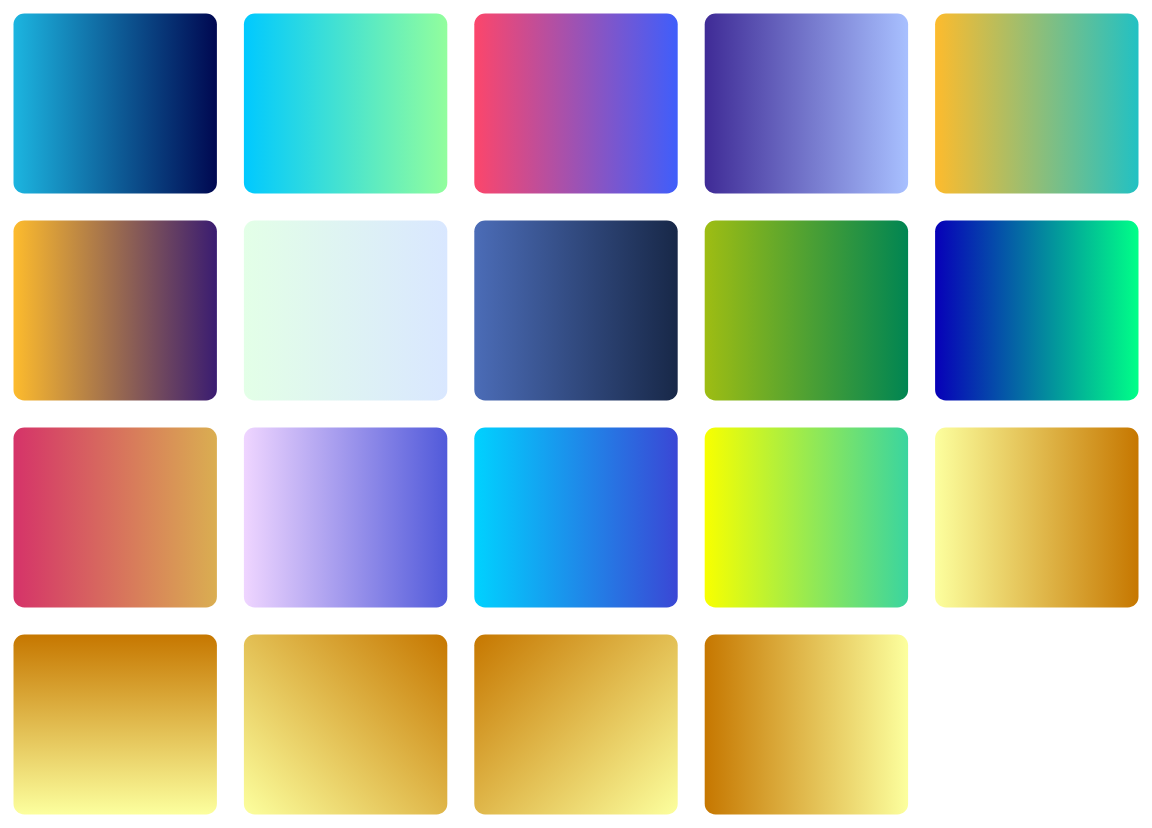
Repository: LBprox3010/gradient
Page: index.html
An editor plug-in stored every save of this project. The page is shown before and after the next save, followed by the edit.
The browser window is 1280 px wide. The pictures show the whole page, at 90% of full size.

Above is the page before, as saved 2022-02-24 08:31:22.

### index.html
<!DOCTYPE html>
<html lang="en">
  <head>
    <meta charset="UTF-8" />
    <meta http-equiv="X-UA-Compatible" content="IE=edge" />
    <meta name="viewport" content="width=device-width, initial-scale=1.0" />
    <title>Get gradient by LB/ Charles</title>
    <link rel="stylesheet" href="style.css" />
  </head>
  <body>
    <div class="root getGradient"></div>

    <script src="./app.js"></script>
  </body>
</html>

### style.css
@import url("https://fonts.googleapis.com/css2?family=Poppins:wght@100;200;300;400;500;600;700;800;900&display=swap");
*,
*::before,
*::after {
  box-sizing: border-box;
}
* {
  margin: 0;
}

html,
body {
  height: 100%;
  font-family: "Poppins", sans-serif;
}
body {
  line-height: 1.5;
  -webkit-font-smoothing: antialiased;
  -webkit-tap-highlight-color: rgba(0, 0, 0, 0);
}

img,
picture,
video,
canvas,
svg {
  display: block;
  max-width: 100%;
}
input,
button,
textarea,
select {
  font: inherit;
  outline: none;
  border: none;
}
p,
h1,
h2,
h3,
h4,
h5,
h6 {
  overflow-wrap: break-word;
}

body {
  position: relative;
}

.getGradient {
  padding: 15px;
  display: grid;
  grid-template-columns: repeat(auto-fit, minmax(200px, 1fr));
  gap: 30px;
}

span {
  display: block;
  height: 200px;
  border-radius: 12px;
  overflow: hidden;
  cursor: pointer;
  padding: 40px;
  font-size: 18px;
  font-weight: 600;
}

@keyframes onClick {
  0% {
    opacity: 0;
    visibility: hidden;
  }
  50% {
    opacity: 1;
    visibility: visible;
  }
  100% {
    opacity: 0;
    visibility: hidden;
  }
}

.overlay {
  position: fixed;
  inset: 0;
  animation-name: onClick;
  animation-duration: 1.25s;
  display: flex;
  align-items: center;
  z-index: 100;
}

.overlay span {
  background: white;
  padding: 86px 0;
  width: 100%;
  border-radius: 0;
  font-size: 48px;
  font-weight: 700;
  display: flex;
  justify-content: center;
  align-items: center;
}

body {
  position: relative;
}

### app.js
const $ = document.querySelector.bind(document);
const $$ = document.querySelectorAll.bind(document);
const root = $(".root");

const list = [
  "linear-gradient(90deg, #1CB5E0 0%, #000851 100%)",
  "linear-gradient(90deg, #00C9FF 0%, #92FE9D 100%)",
  "linear-gradient(90deg, #FC466B 0%, #3F5EFB 100%)",
  "linear-gradient(90deg, #3F2B96 0%, #A8C0FF 100%)",
  "linear-gradient(90deg, #FDBB2D 0%, #22C1C3 100%)",
  "linear-gradient(90deg, #FDBB2D 0%, #3A1C71 100%)",
  "linear-gradient(90deg, #e3ffe7 0%, #d9e7ff 100%)",
  "linear-gradient(90deg, #4b6cb7 0%, #182848 100%)",
  "linear-gradient(90deg, #9ebd13 0%, #008552 100%)",
  "linear-gradient(90deg, #0700b8 0%, #00ff88 100%)",
  "linear-gradient(90deg, #d53369 0%, #daae51 100%)",
  "linear-gradient(90deg, #efd5ff 0%, #515ada 100%)",
  "linear-gradient(90deg, #00d2ff 0%, #3a47d5 100%)",
  "linear-gradient(90deg, #f8ff00 0%, #3ad59f 100%)",
  "linear-gradient(90deg, #fcff9e 0%, #c67700 100%)",
  "linear-gradient(0, #fcff9e 0%, #c67700 100%)",
  "linear-gradient(45deg, #fcff9e 0%, #c67700 100%)",
  "linear-gradient(-45deg, #fcff9e 0%, #c67700 100%)",
  "linear-gradient(-90deg, #fcff9e 0%, #c67700 100%)",
];

list.forEach((i) => {
  const span = document.createElement("span");
  span.style.background = i;
  span.className = "itemColor";
  span.setAttribute("data-color", i);
  root.appendChild(span);
});

if ($$(".itemColor")) {
  $$(".itemColor").forEach((item) => {
    item.addEventListener("click", function (e) {
      const over = document.createElement("div");
      const bkg = e.target.dataset.color;
      const textCopy = `background-color: ${bkg};`;
      const span = document.createElement("span");
      span.textContent = "Copied";
      over.appendChild(span);
      over.className = "overlay";
      over.style.background = bkg;
      document.body.appendChild(over);
      setTimeout(() => {
        over.parentNode.removeChild(over);
      }, 1200);
      //copy to clipboard
      const input = document.createElement("input");
      input.value = textCopy;
      input.select();
      navigator.clipboard.writeText(input.value);
    });
  });
}

After the next save:
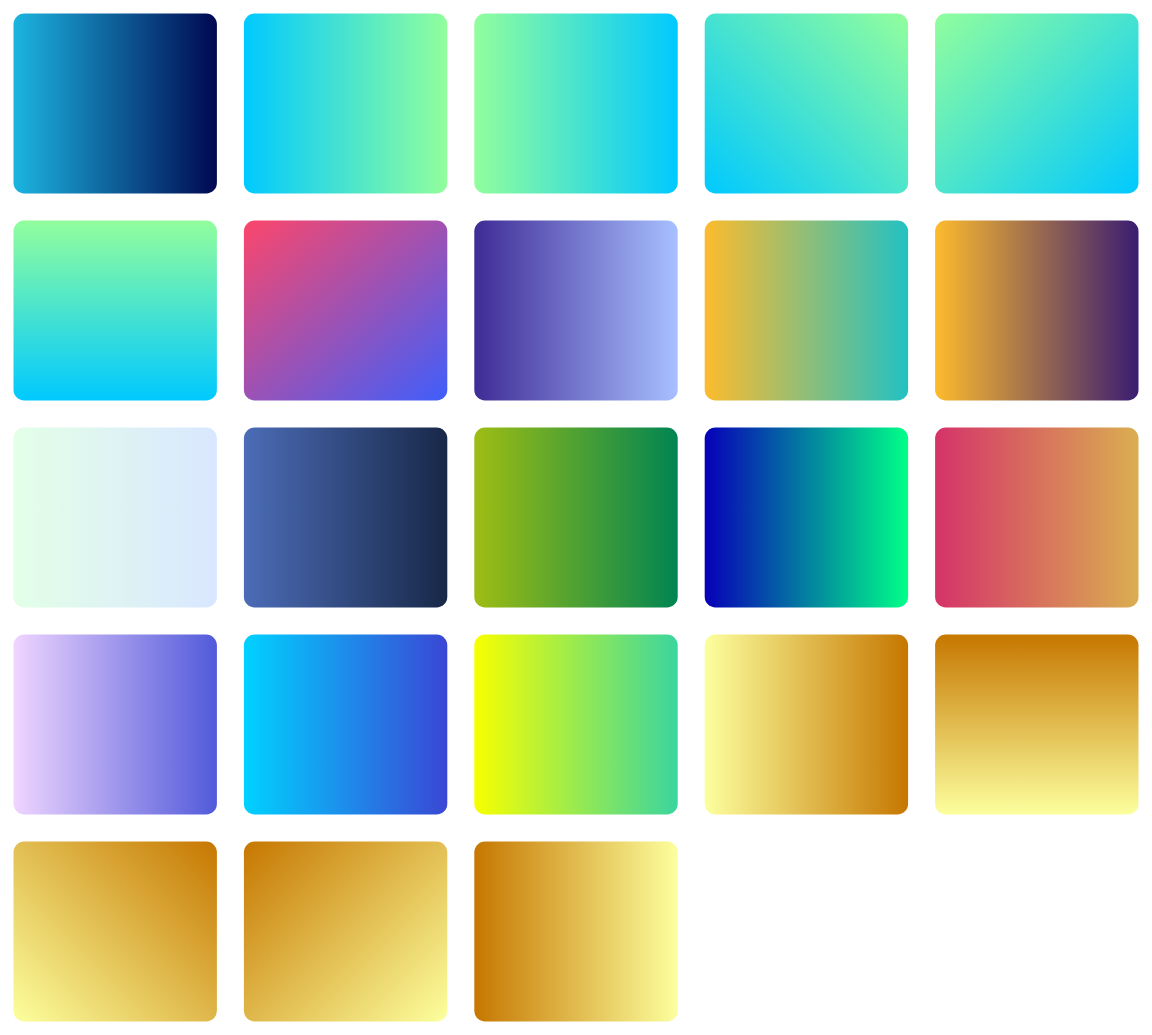
Saved 2 min 28 s later.
--- a/app.js
+++ b/app.js
@@ -5,7 +5,11 @@
 const list = [
   "linear-gradient(90deg, #1CB5E0 0%, #000851 100%)",
   "linear-gradient(90deg, #00C9FF 0%, #92FE9D 100%)",
-  "linear-gradient(90deg, #FC466B 0%, #3F5EFB 100%)",
+  "linear-gradient(-90deg, #00C9FF 0%, #92FE9D 100%)",
+  "linear-gradient(45deg, #00C9FF 0%, #92FE9D 100%)",
+  "linear-gradient(-45deg, #00C9FF 0%, #92FE9D 100%)",
+  "linear-gradient(0deg, #00C9FF 0%, #92FE9D 100%)",
+  "linear-gradient(140deg, #FC466B 0%, #3F5EFB 100%)",
   "linear-gradient(90deg, #3F2B96 0%, #A8C0FF 100%)",
   "linear-gradient(90deg, #FDBB2D 0%, #22C1C3 100%)",
   "linear-gradient(90deg, #FDBB2D 0%, #3A1C71 100%)",
